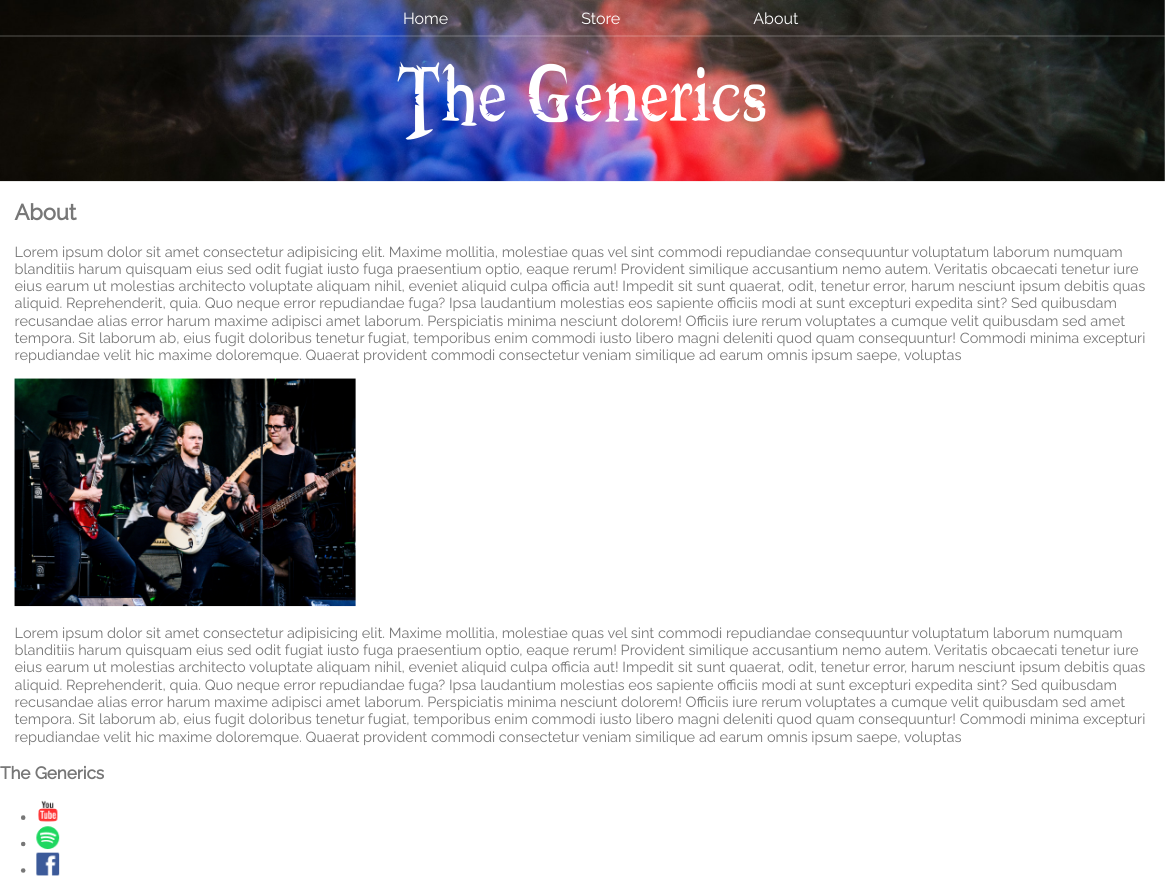
Repository: nazmulhaquep/WebDesign
Page: about.html
An editor plug-in stored every save of this project. The page is shown before and after the next save, followed by the edit.
The browser window is 1280 px wide. The pictures show the whole page, at 91% of full size.

Above is the page before, as saved 2023-11-23 11:31:22.

### about.html
<!DOCTYPE html>
<html lang="en">
<head>
    <meta charset="UTF-8">
    <meta name="viewport" content="width=device-width, initial-scale=1.0">
    <title>The Generics | About</title>
    <meta name="description" content="This is the description">
    <link rel="stylesheet" href="styles.css" />
</head>
<body>
    <header class="main-header">
        <nav class="nav main-nav">
            <ul>
                <li><a href="index.html">Home</a></li>
                <li><a href="store.html">Store</a></li>
                <li><a href="about.html">About</a></li>
            </ul>
        </nav>
        <h1 class="band-name band-name-larger"> The Generics </h1>
    </header>
    <section class="content-section container">
        <h1>About</h1>
        <p> Lorem ipsum dolor sit amet consectetur adipisicing elit. Maxime mollitia,
molestiae quas vel sint commodi repudiandae consequuntur voluptatum laborum
numquam blanditiis harum quisquam eius sed odit fugiat iusto fuga praesentium
optio, eaque rerum! Provident similique accusantium nemo autem. Veritatis
obcaecati tenetur iure eius earum ut molestias architecto voluptate aliquam
nihil, eveniet aliquid culpa officia aut! Impedit sit sunt quaerat, odit,
tenetur error, harum nesciunt ipsum debitis quas aliquid. Reprehenderit,
quia. Quo neque error repudiandae fuga? Ipsa laudantium molestias eos
sapiente officiis modi at sunt excepturi expedita sint? Sed quibusdam
recusandae alias error harum maxime adipisci amet laborum. Perspiciatis
minima nesciunt dolorem! Officiis iure rerum voluptates a cumque velit
quibusdam sed amet tempora. Sit laborum ab, eius fugit doloribus tenetur
fugiat, temporibus enim commodi iusto libero magni deleniti quod quam
consequuntur! Commodi minima excepturi repudiandae velit hic maxime
doloremque. Quaerat provident commodi consectetur veniam similique ad
earum omnis ipsum saepe, voluptas </p>
<img src="images/Band Members.png">
<p> Lorem ipsum dolor sit amet consectetur adipisicing elit. Maxime mollitia,
    molestiae quas vel sint commodi repudiandae consequuntur voluptatum laborum
    numquam blanditiis harum quisquam eius sed odit fugiat iusto fuga praesentium
    optio, eaque rerum! Provident similique accusantium nemo autem. Veritatis
    obcaecati tenetur iure eius earum ut molestias architecto voluptate aliquam
    nihil, eveniet aliquid culpa officia aut! Impedit sit sunt quaerat, odit,
    tenetur error, harum nesciunt ipsum debitis quas aliquid. Reprehenderit,
    quia. Quo neque error repudiandae fuga? Ipsa laudantium molestias eos
    sapiente officiis modi at sunt excepturi expedita sint? Sed quibusdam
    recusandae alias error harum maxime adipisci amet laborum. Perspiciatis
    minima nesciunt dolorem! Officiis iure rerum voluptates a cumque velit
    quibusdam sed amet tempora. Sit laborum ab, eius fugit doloribus tenetur
    fugiat, temporibus enim commodi iusto libero magni deleniti quod quam
    consequuntur! Commodi minima excepturi repudiandae velit hic maxime
    doloremque. Quaerat provident commodi consectetur veniam similique ad
    earum omnis ipsum saepe, voluptas </p>
    </section>
    <footer>
        <h3>The Generics</h3>
        <ul>
            <li><img src="images/YouTube Logo.png"> </li>
            <li><img src="images/Spotify Logo.png"> </li>
            <li><img src="images/Facebook Logo.png"> </li>
        </ul>
    </footer>
</body>
</html>

### styles.css
/* import font*/
@import url('https://fonts.googleapis.com/css2?family=Raleway:ital,wght@0,400;1,300&display=swap');

/* import local font */
@font-face {
    font-family: "Booter - Zero Zero";
    src: url("Fonts/Booter - Zero Zero.woff") format(woff),
         url("fonts/Booter - Zero Zero.woff2") format(woff2);
         font-weight: normal;
         font-style:normal;
}

/* all width and padding adjust with device width */
*{
    box-sizing:border-box;
    font-family: Raleway;
    color:#777;
}

html,body{
   margin:0;
   padding:0;
}

.main-header{
    background-image: url('images/Header Background.jpg');
    background-size: cover;
    padding-bottom: 30px;
}

.nav ul{
    margin:0px;
}

.nav li{
    display:inline;
}

.nav a{
    display: inline-block; /*to apply margin and padding */
    padding: .5em;
    list-style: none;
    text-decoration: none;
    color:white;
}

.main-nav{
    text-align:center;
    font-size:1.1em;
    font-weight: lighter;
    border-bottom: 1px solid rgba(255,255,255, .3);
}

.main-nav li{
    padding:0 5%;
}

.band-name{
    text-align:center;
    margin:0;
    font-size:4em;
    font-family:"Booter - Zero Zero";
    color:#fff;
    font-weight:normal;
}

.band-name-larger{
    font-size:8em;
}
.content-section{
    margin:1em;
}

After the next save:
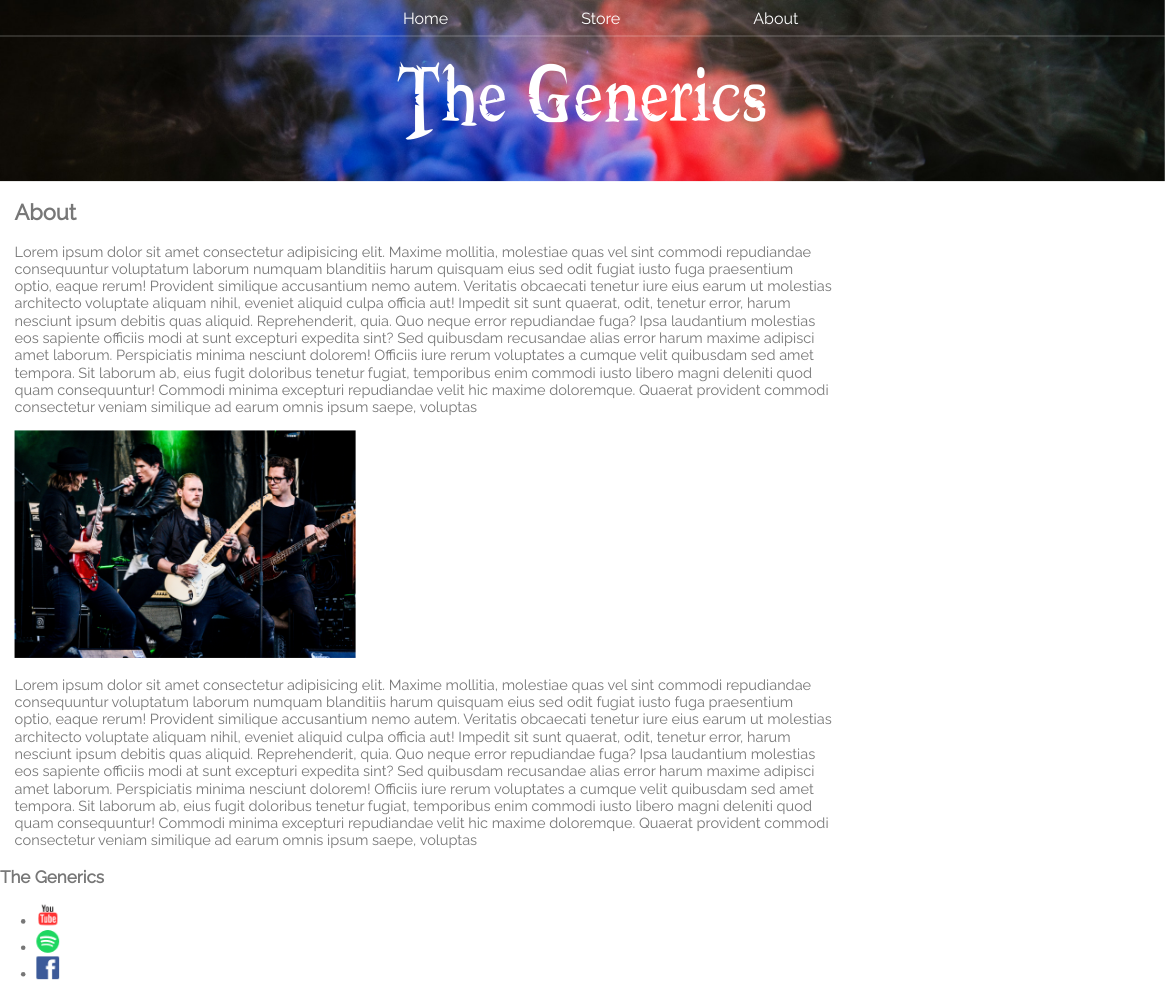
Saved 46 s later.
--- a/styles.css
+++ b/styles.css
@@ -70,3 +70,7 @@ html,body{
 .content-section{
     margin:1em;
 }
+
+.container{
+    max-width:900px;
+}
